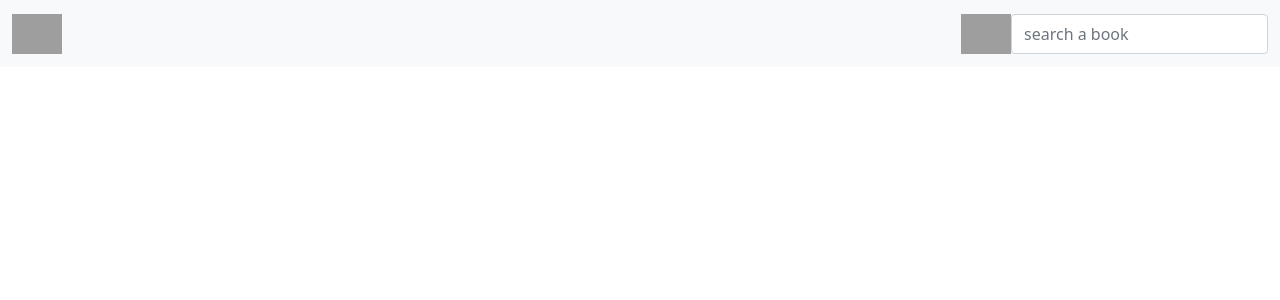
Repository: dilaraozdem1r/BooksApp
Page: /
An editor plug-in stored every save of this project. The page is shown before and after the next save, followed by the edit.
The browser window is 1280 px wide. The pictures show the whole page.
Pictures or frames that could not be fetched are drawn as grey boxes. The page's requests for data from a server got no answer. The project was rebuilt for these pictures with package versions that can differ from the ones it lists, and the page was loaded fresh each time. No one was signed in, and anything a server would have sent is missing. Also part of the build but not shown: src/Components/User.js.

Above is the page before, as saved 2021-08-19 18:22:22.

After the next save:
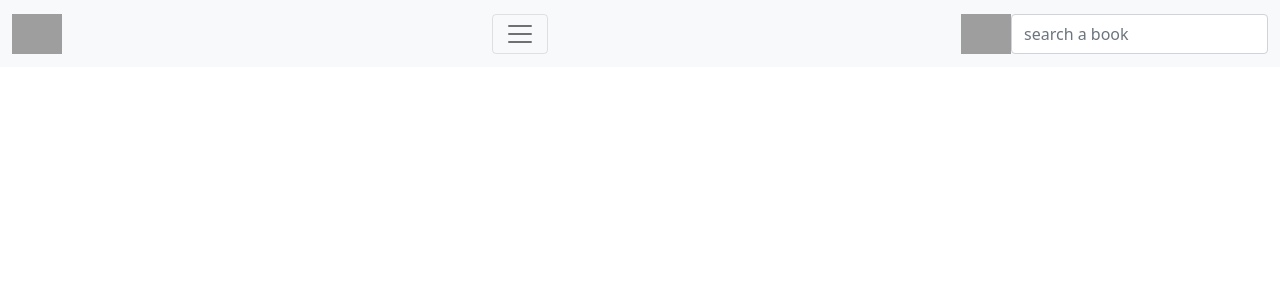
Saved 106 s later.
--- a/src/Components/App.js
+++ b/src/Components/App.js
@@ -46,6 +46,11 @@ class App extends React.Component {
           <img src="https://encrypted-tbn0.gstatic.com/images?q=tbn:ANd9GcRZ-o86obF-UTdLqsqqiUM6O82URx7R52fXlw&usqp=CAU" alt="" width="50" height="40" class="d-inline-block align-text-top"/>
 
     </a>
+    <div>
+      <button class="navbar-toggler" type="button" data-bs-toggle="collapse" data-bs-target="#navbarSupportedContent" aria-controls="navbarSupportedContent" aria-expanded="false" aria-label="Toggle navigation">
+      <span class="navbar-toggler-icon"></span>
+    </button>
+    </div>
 
             <SearchBar search={this.searchMovie} />
             </div>
